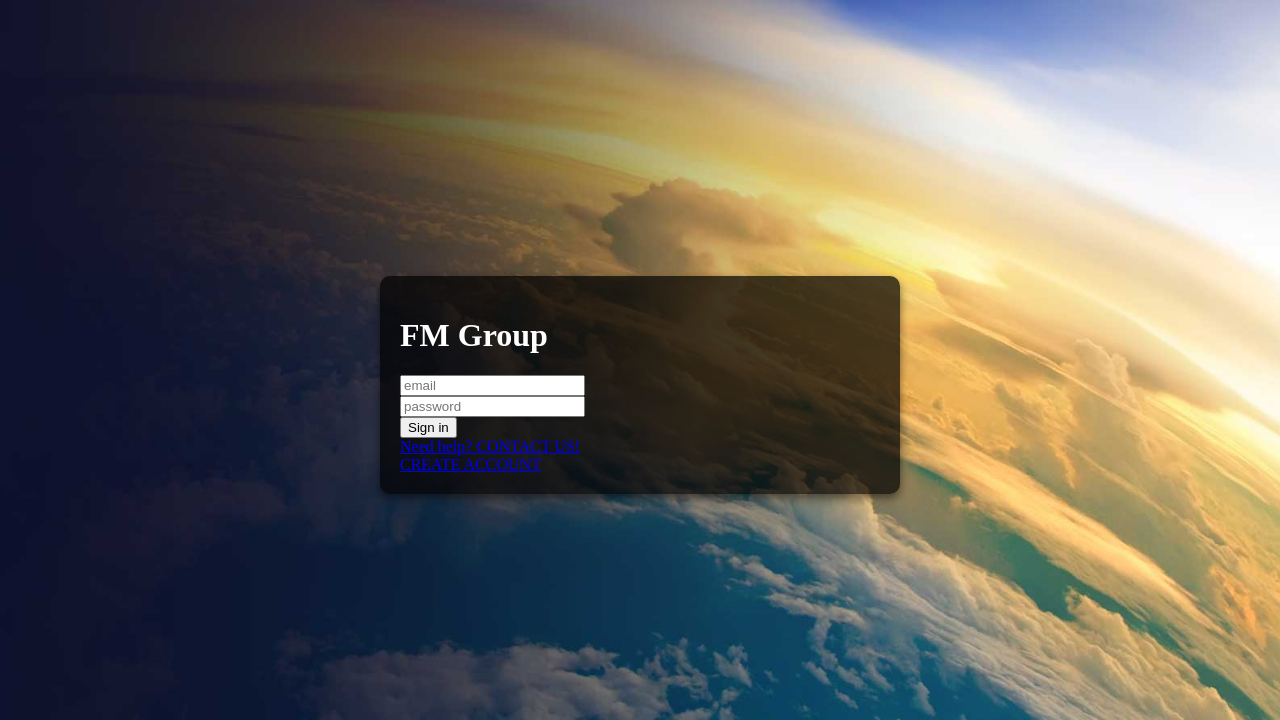
Repository: leeboseok/proposal-board
Page: http://localhost/ProposalSys/signin.jsp
An editor plug-in stored every save of this project. The page is shown before and after the next save, followed by the edit.
The browser window is 1280 px wide. The pictures show the whole page.
The page is served by Tomcat 9.

Above is the page before, as saved 2024-07-31 16:11:00.

After the next save:
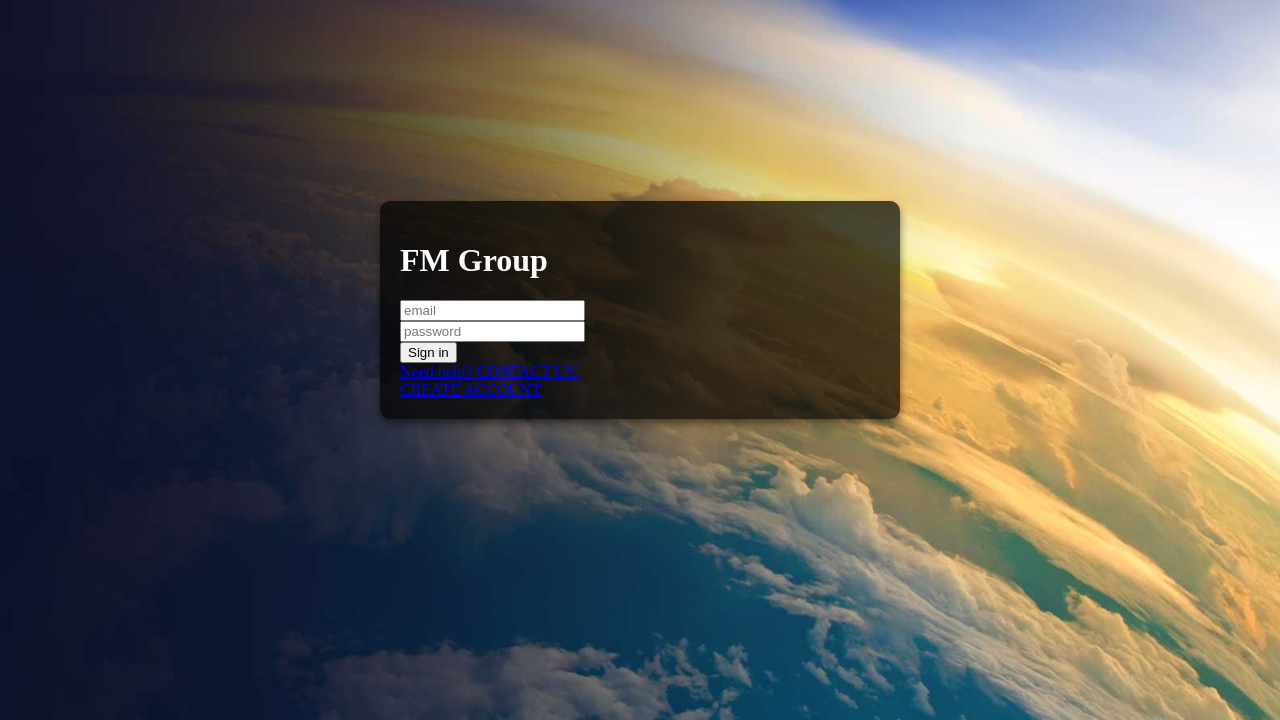
Saved 84 s later.
--- a/ProposalSys/src/main/webapp/css/signin.css
+++ b/ProposalSys/src/main/webapp/css/signin.css
@@ -26,5 +26,5 @@
     background-color: rgba(0, 0, 0, 0.7); /* Optional: background color for better visibility */
     border-radius: 10px; /* Optional: rounded corners */
     box-shadow: 0 4px 8px rgba(0, 0, 0, 0.5); /* Optional: shadow for better visual appeal */
-    margin-top: 50px; /* Adjust this value to move the form upwards */
+    margin-top: -100px; /* Adjust this value to move the form upwards */
 }
